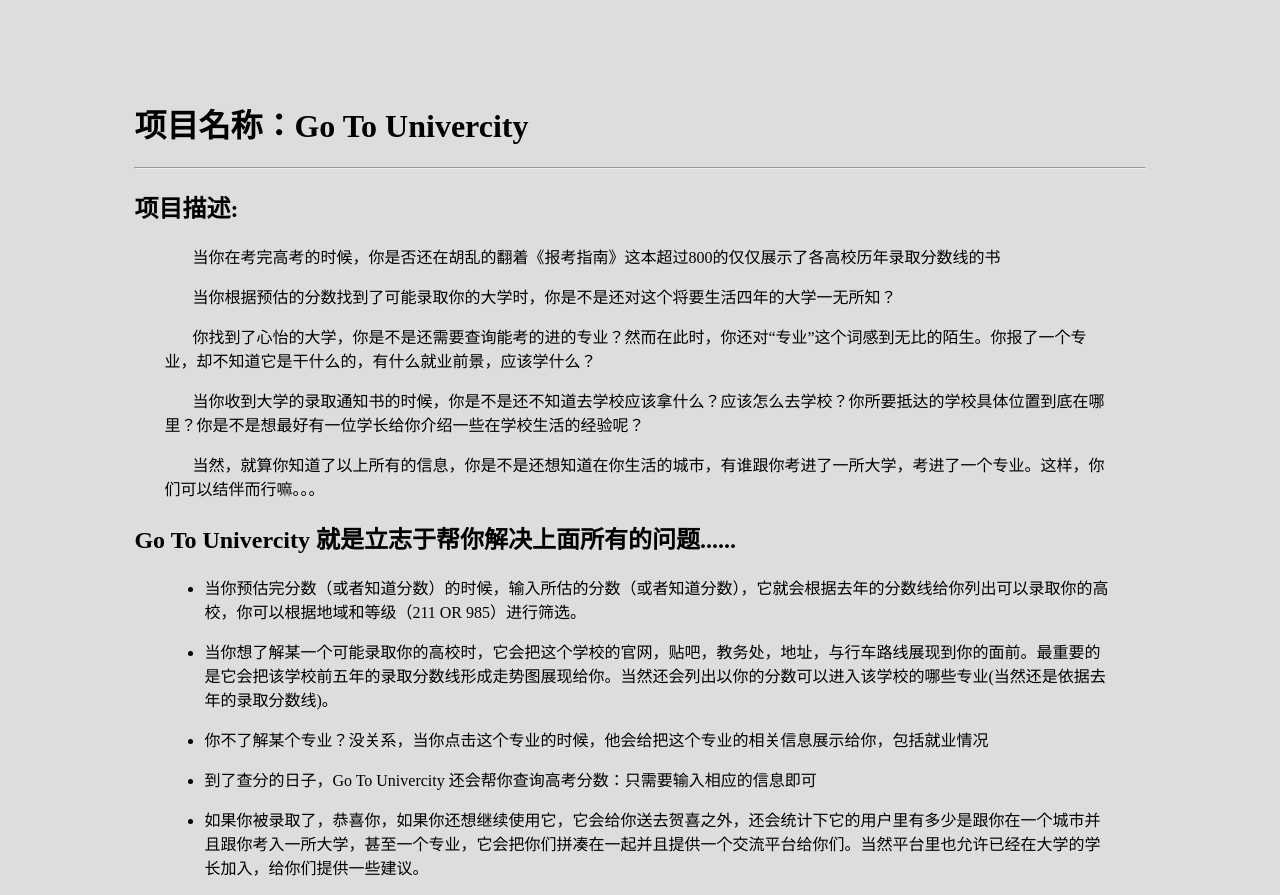
Repository: SUT-GC/GoToUnivercity
Page: http://localhost/GoToUniversity/ideasource/idea.jsp
The author's editor kept a copy of each file at every save. The page is drawn from the files as they stood at one save, then again after a run of saves.
The browser window is 1280 px wide. The pictures show the whole page.
The page is served by Tomcat 9. Nobody is signed in. The application's start-up code is not run.

Above is the page before, as saved 2015-11-16 11:23:41.

### GoToUniversity/WebContent/ideasource/idea.jsp
<%@ page language="java" contentType="text/html; charset=UTF-8"
    pageEncoding="UTF-8"%>
<!DOCTYPE html PUBLIC "-//W3C//DTD HTML 4.01 Transitional//EN" "http://www.w3.org/TR/html4/loose.dtd">
<html>
<head>
<meta http-equiv="Content-Type" content="text/html; charset=UTF-8">
<title>Idea Source</title>
<link href="css/idea.css" rel="stylesheet" type="text/css"/>
</head>
<body>
	<div class="content">
		<div class="content_head">
			<h1>项目名称：Go To Univercity</h1>
		</div>
		<hr/>
		<div class="content_body">
			<div class="content_body_description">
				<h2>项目描述:</h2>
					<p>&nbsp&nbsp&nbsp&nbsp&nbsp&nbsp  当你在考完高考的时候，你是否还在胡乱的翻着《报考指南》这本超过800的仅仅展示了各高校历年录取分数线的书</p>
					<p>&nbsp&nbsp&nbsp&nbsp&nbsp&nbsp  当你根据预估的分数找到了可能录取你的大学时，你是不是还对这个将要生活四年的大学一无所知？</p>
					<p>&nbsp&nbsp&nbsp&nbsp&nbsp&nbsp  你找到了心怡的大学，你是不是还需要查询能考的进的专业？然而在此时，你还对“专业”这个词感到无比的陌生。你报了一个专业，却不知道它是干什么的，有什么就业前景，应该学什么？</p>
					<p>&nbsp&nbsp&nbsp&nbsp&nbsp&nbsp  当你收到大学的录取通知书的时候，你是不是还不知道去学校应该拿什么？应该怎么去学校？你所要抵达的学校具体位置到底在哪里？你是不是想最好有一位学长给你介绍一些在学校生活的经验呢？</p>
					<p>&nbsp&nbsp&nbsp&nbsp&nbsp&nbsp  当然，就算你知道了以上所有的信息，你是不是还想知道在你生活的城市，有谁跟你考进了一所大学，考进了一个专业。这样，你们可以结伴而行嘛。。。</p>
			</div>
			<div class="content_body_content">
				<h2>Go To Univercity 就是立志于帮你解决上面所有的问题......</h2>
				<div class="content_body_content_ui">
					<ul>
						<li><p>当你预估完分数（或者知道分数）的时候，输入所估的分数（或者知道分数），它就会根据去年的分数线给你列出可以录取你的高校，你可以根据地域和等级（211 OR 985）进行筛选。</p></li>
						<li><p>当你想了解某一个可能录取你的高校时，它会把这个学校的官网，贴吧，教务处，地址，与行车路线展现到你的面前。最重要的是它会把该学校前五年的录取分数线形成走势图展现给你。当然还会列出以你的分数可以进入该学校的哪些专业(当然还是依据去年的录取分数线)。</p></li>
						<li><p>你不了解某个专业？没关系，当你点击这个专业的时候，他会给把这个专业的相关信息展示给你，包括就业情况</p></li>
						<li><p>到了查分的日子，Go To Univercity 还会帮你查询高考分数：只需要输入相应的信息即可</p></li>
						<li><p>如果你被录取了，恭喜你，如果你还想继续使用它，它会给你送去贺喜之外，还会统计下它的用户里有多少是跟你在一个城市并且跟你考入一所大学，甚至一个专业，它会把你们拼凑在一起并且提供一个交流平台给你们。当然平台里也允许已经在大学的学长加入，给你们提供一些建议。</p></li>
					</ul>
				</div>
			</div>
		</div>
	</div>
</body>
</html>

### GoToUniversity/WebContent/ideasource/css/idea.css
@CHARSET "UTF-8";
body{
	background-color: #DDDDDD;
}
.content{
	width: 80%;
	margin-left: 10%;
	margin-top: 100px;
}
.content_head{

}
.content_body_description > p{
	margin-left: 30px;
	margin-right: 30px;
}
.content_body_content_ui{
	margin-left: 30px;
	margin-right: 30px;
}

After the next 2 saves:
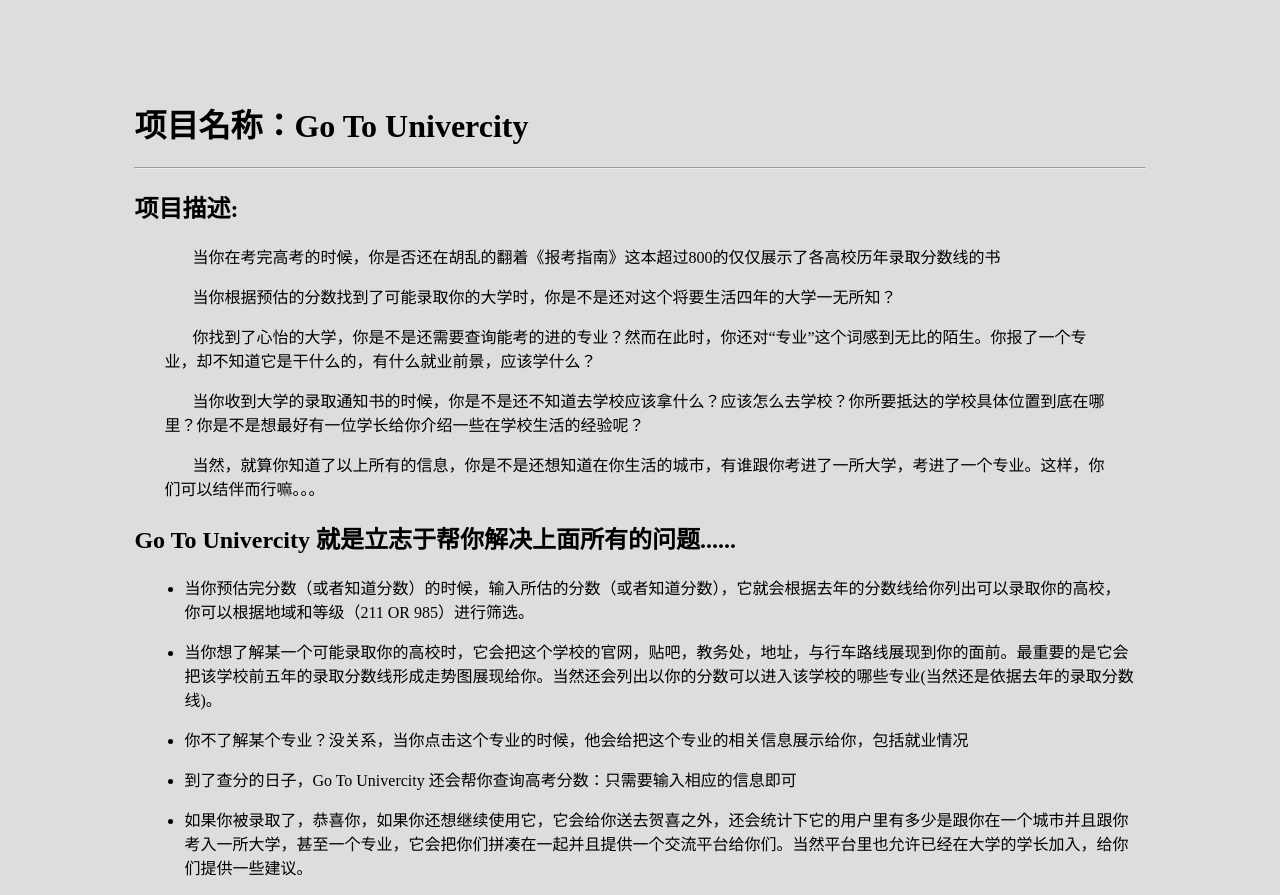
The 2 saves are shown as one change because they came seconds apart.
The last was saved 11 s later.
--- a/GoToUniversity/WebContent/ideasource/css/idea.css
+++ b/GoToUniversity/WebContent/ideasource/css/idea.css
@@ -15,6 +15,6 @@ body{
 	margin-right: 30px;
 }
 .content_body_content_ui{
-	margin-left: 30px;
-	margin-right: 30px;
+	margin-left: 10px;
+	margin-right: 10px;
 }
